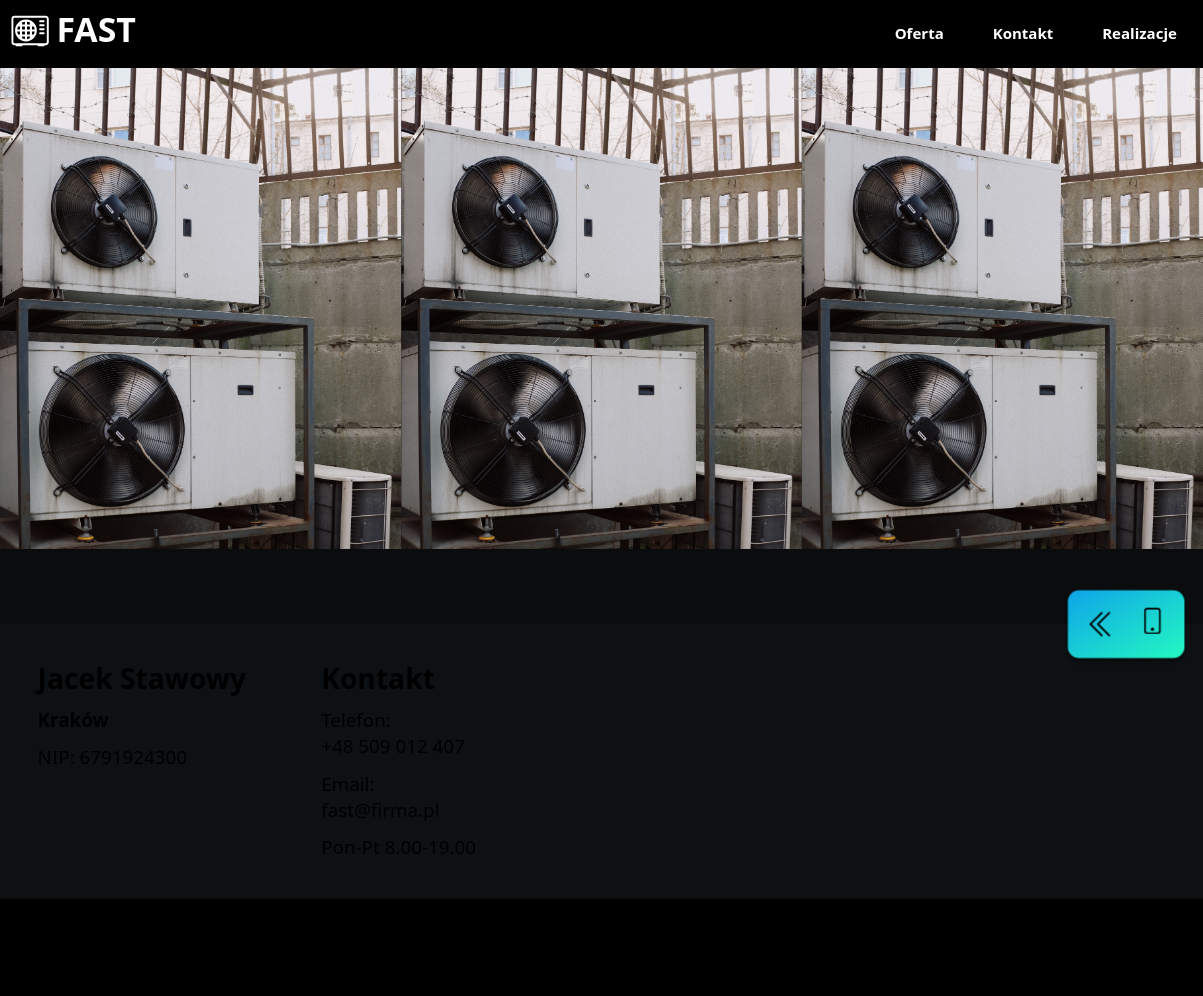
Repository: piotrokrutniak/Fast-CompanyWebsite
Page: /carousel
The author's editor kept a copy of each file at every save. The page is drawn from the files as they stood at one save, then again after the next save.
The browser window is 1280 px wide. The pictures show the whole page, at 94% of full size.
The project was rebuilt for these pictures with package versions that can differ from the ones it lists, and the page was loaded fresh each time. The framework's server and built-in components were replaced by stand-ins that run in the browser. Also part of the build but not shown: next.config.js.

Above is the page before, as saved 2023-10-21 10:08:49.

### src/app/layout.js
import FootBar from './components/footbar/footbar'
import Navbar from './components/navbar/navbar'
import QuickContact from './components/quickContact'
import './globals.css'
import { Inter } from 'next/font/google'

const inter = Inter({ subsets: ['latin'] })

export const metadata = {
  title: 'Fast - Klimatyzacje Kraków',
  description: 'F.U.H. Fast Jacek Stawowy - Klimatyzacje',
}

export default function RootLayout({ children }) {
  return (
    <html lang="en" className=''>
      <body className='bg-black min-w-mobile overflow-x-hidden'>
        <div className='bg-slate-500/10 min-h-screen relative'>
          <Navbar/>
          {children}
          <QuickContact/>
          <FootBar/>
        </div>
      </body>
    </html>
  )
}

### src/app/(pages)/carousel/page.js
import Image from "next/image"
import p1 from "../../../../public/img/air-conditioning-2.jpg"
import p2 from "../../../../public/img/heat-pump-2.jpg"
import p3 from "../../../../public/img/heating-2.jpg"
// import ac1 from "./media/img/air-conditioning-2.jpg"
// import ac2 from "./media/img/heat-pump-2.jpg"
// import ac3 from "./media/img/heating-2.jpg"

export default function CarouselPage(){
    return(
        <div className="relative w-full max-w-7xl h-128 flex">
            <div className="w-screen h-full relative">
                <Image src={p1} layout='fill' objectFit='cover'/>
            </div>
            <div className="w-screen h-full relative">
                <Image src={p1} layout='fill' objectFit='cover'/>
            </div>
            <div className="w-screen h-full relative">
                <Image src={p1} layout='fill' objectFit='cover'/>
            </div>
        </div>
    )
}

### src/app/components/footbar/footbar.js
import Link from "next/link";

export default function FootBar(){
    return(
        <footer className="bg-slate-500/5 mt-20">
            <div className="max-w-7xl w-full p-10 flex gap-8 sm:gap-20 m-auto">
                <div className="flex flex-col gap-3">
                    <h1 className="font-bold text-3xl">Jacek Stawowy</h1>
                    <h2 className="font-semibold text-xl">Kraków</h2>
                    <h2 className="font-thin text-xl">NIP: 6791924300</h2>
                </div>

                <div className="flex flex-col gap-3">
                    <h1 className="font-bold text-3xl">Kontakt</h1>
                    <h2 className="font-thin text-xl">Telefon:
                    <Link href={"tel:+48 509 012 407"} className="cursor-pointer hover:text-emerald-200">
                        <p className="whitespace-nowrap">
                            +48 509 012 407
                        </p>
                    </Link>
                    </h2>
                    <h2 className="font-thin text-xl">Email:
                    <Link href={"email:fast@firma.pl"} className="cursor-pointer hover:text-emerald-200">
                        <p className="whitespace-nowrap">
                            fast@firma.pl
                        </p>
                    </Link>
                    </h2>
                    <h2 className="font-thin text-xl">Pon-Pt 8.00-19.00</h2>
                </div>
            </div>
            <div className="bg-black flex p-10 ">
                <div className="xs:m-auto w-fit">
                    © Piotr Okrutniak 2022
                </div>
            </div>
        </footer>
    )
}

### src/app/components/navbar/navbar.js
"use client";
import { useState } from "react";
import ButtonBase from "../common/buttonBase";
import AcLogo from "../icons/ac";
import {BsList, BsXLg} from "react-icons/bs";
import Link from "next/link";

export default function Navbar(){
    const [mobileOpen, setMobileOpen] = useState(false)

    return(
        <nav className="sticky bg-black top-0 w-full py-3 px-5 sm:px-3  z-50">
            <div className="flex justify-between mx-auto max-w-7xl h-auto align-middle">
                <Link href="/">
                    <div className="text-white text-4xl font-bold hover:cursor-pointer flex gap-2 align-middle
                        hover:text-emerald-200 hover:fill-emerald-200 fill-white active:opacity-90 transition-all">
                        <AcLogo className="h-10 w-10 top-px relative"/>
                        FAST
                    </div>
                </Link>
                <div className="align-middle gap-5 text-black transition-all ease-in hidden sm:flex">
                    <Link href="/oferta">
                        <ButtonBase text="Oferta" color="bg-transparent" className="hover:bg-slate-400/25 text-white"  onClick={() => setMobileOpen(false)}/>
                    </Link>
                    <Link href="/kontakt">
                        <ButtonBase text="Kontakt" color="bg-transparent" className="hover:bg-slate-400/25 text-white"  onClick={() => setMobileOpen(false)}/>
                    </Link>
                    <Link href="/realizacje">
                        <ButtonBase text="Realizacje" color="bg-transparent" className="hover:bg-slate-400/25 text-white"  onClick={() => setMobileOpen(false)}/>
                    </Link>
                </div>
                <div className=" sm:hidden flex">
                    <BsList className="h-12 w-12 cursor-pointer hover:fill-emerald-200 active:opacity-90" onClick={() => setMobileOpen(true)}/>
                </div>
            </div>

            <div className={`${mobileOpen ? "" : "translate-x-full"} absolute w-screen h-screen bg-black left-0 top-0 sm:hidden transition-all`}>
                <div id="mobile-header" className="flex p-3 cursor-pointer" onClick={() => setMobileOpen(false)}>
                    <BsXLg className="w-14 h-14 p-2 hover:fill-emerald-200 active:opacity-70 absolute right-4"/>
                </div>
                <div id="mobile-list" className="flex flex-col w-full gap-8 justify-center text-xl px-5 py-32">
                    <Link href="/kontakt" onClick={() => setMobileOpen(false)}>
                        <ButtonBase text="Kontakt" className="w-full py-6 px-10 bg-gradient-to-br hover:from-sky-500 hover:to-emerald-200 self-center" color="bg-slate-500/25"/>
                    </Link>
                    <Link href="/oferta" onClick={() => setMobileOpen(false)}>
                        <ButtonBase text="Oferta" className="w-full py-6 px-10 bg-gradient-to-br hover:from-sky-500 hover:to-emerald-200 self-center" color="bg-slate-500/25"/>
                    </Link>
                    <Link href="/realizacje" onClick={() => setMobileOpen(false)}>
                        <ButtonBase text="Realizacje" className="w-full py-6 px-10 bg-gradient-to-br hover:from-sky-500 hover:to-emerald-200 self-center" color="bg-slate-500/25"/>
                    </Link>
                    <Link href="/" onClick={() => setMobileOpen(false)}>
                        <ButtonBase text="Strona Główna" className="w-full py-6 px-10 bg-gradient-to-br hover:from-sky-500 hover:to-emerald-200 self-center" color="bg-slate-500/25"/>
                    </Link>
                </div>
                <div className="p-10 justify-self-center w-full text-center bottom-0 absolute">
                    © Piotr Okrutniak 2022
                </div>
            </div>
        </nav>
    )
}

### src/app/components/quickContact.js
"use client";

import Link from "next/link";
import { useState } from "react"
import {BsChevronDoubleRight, BsPhone} from "react-icons/bs"

export default function QuickContact(){
    const [folded, setFolded] = useState(true)

    function Transition(){
        setFolded((old) => !old)
    }

    return(
        <div className="bg-gradient-to-br from-sky-500 to-emerald-200 rounded-xl w-fit sm:p-5 p-3 text-base
            font-normal shadow-md shadow-black/50 fixed right-5 bottom-5 flex items-center gap-4 transition-all ease-in-out whitespace-nowrap">
            <BsChevronDoubleRight className={`${folded ? "rotate-180" : "rotate-0"} transition-all ease-in h-8 w-8 cursor-pointer active:opacity-60 select-none`}
                onClick={() => Transition()}/>
            <div className="flex gap-2">
                <p className={`${folded ? "w-0" : "w-72 max-sm:w-44"} overflow-hidden transition-all ease-in flex max-sm:flex-col`}><p>Skontaktuj się z nami:</p> <Link href={"tel:+48 509 012 407"} className="cursor-pointer">+48 509 012 407</Link></p>
                <BsPhone className="h-7 w-7 animate-bounce self-center"/>
            </div>
        </div>
    )
}

### src/app/globals.css
@import 'tailwindcss/base';
@import 'tailwindcss/components';
@import 'tailwindcss/utilities';

:root {

}

@media (prefers-color-scheme: dark) {
  :root {
    --foreground-rgb: 255, 255, 255;
    scroll-behavior: smooth;
  }
}

body {
  color: rgb(var(--foreground-rgb));
  background: linear-gradient(
      to bottom,
      transparent,
      rgb(var(--background-end-rgb))
    )
    rgb(var(--background-start-rgb));
}

@layer base {
  html {
    scroll-behavior: smooth;
  }
}

### src/app/components/common/buttonBase.js
export default function ButtonBase({...props}){
    return(
        <button className={`${props.className} ${props.color ?? "bg-sky-500"} py-3 px-4 rounded-lg font-semibold active:opacity-80 flex items-center gap-2 whitespace-nowrap transition-all`}
            onClick={props.onClick}>
            {props.text} {props.icon ?? ""}
        </button>
    )
}

### src/app/components/icons/ac.js
export default function AcLogo({...props}){
    return(
        <svg
            xmlns="http://www.w3.org/2000/svg"
            xmlSpace="preserve"
            width={800}
            height={800}
            viewBox="0 0 507.802 507.802"
            {...props}
        >
            <path d="M465.7 47.901H42.3c-23.3 0-42.3 18.9-42.3 42.3v313.3c0 23.3 19 42.3 42.3 42.3h16.1c0 7.8 6.3 14.1 14.1 14.1H139c7.8 0 14.1-6.3 14.1-14.1h201.6c0 7.8 6.3 14.1 14.1 14.1h66.5c7.8 0 14.1-6.3 14.1-14.1h16.1c23.3 0 42.3-19 42.3-42.3v-313.3c.2-23.4-18.8-42.3-42.1-42.3zm0 369.7H42.3c-7.8 0-14.1-6.3-14.1-14.1v-313.3c0-7.8 6.3-14.1 14.1-14.1h423.3c7.8 0 14.1 6.3 14.1 14.1v313.3h.1c0 7.8-6.3 14.1-14.1 14.1z" />
            <path d="M435.6 107.801H391c-7.8 0-14.1 6.3-14.1 14.1s6.3 14.1 14.1 14.1h44.6c7.8 0 14.1-6.3 14.1-14.1s-6.3-14.1-14.1-14.1zM435.6 161.601H391c-7.8 0-14.1 6.3-14.1 14.1s6.3 14.1 14.1 14.1h44.6c7.8 0 14.1-6.3 14.1-14.1s-6.3-14.1-14.1-14.1zM435.6 215.301H391c-7.8 0-14.1 6.3-14.1 14.1s6.3 14.1 14.1 14.1h44.6c7.8 0 14.1-6.3 14.1-14.1s-6.3-14.1-14.1-14.1zM435.6 269.101H391c-7.8 0-14.1 6.3-14.1 14.1s6.3 14.1 14.1 14.1h44.6c7.8 0 14.1-6.3 14.1-14.1s-6.3-14.1-14.1-14.1zM198.3 99.701c-81.1 0-147.1 66-147.1 147.1s66 147.1 147.1 147.1 147.1-66 147.1-147.1-66-147.1-147.1-147.1zm-80.9 233.9c-2-1.9-3.9-3.8-5.8-5.8h5.8v5.8zm0-34H92c-5.9-11.9-10-24.9-11.6-38.6h37v38.6zm0-66.9h-37c1.6-13.7 5.6-26.7 11.6-38.6h25.4v38.6zm0-66.8h-5.8c1.9-2 3.8-3.9 5.8-5.8v5.8zm66.8 198.9c-13.7-1.6-26.7-5.7-38.6-11.6v-25.4h38.6v37zm0-65.2h-38.6v-38.6h38.6v38.6zm0-66.9h-38.6v-38.6h38.6v38.6zm0-66.8h-38.6v-25.4c11.9-5.9 24.9-10 38.6-11.6v37zm95.1-5.8c2 1.9 3.9 3.8 5.8 5.8h-5.8v-5.8zm0 34h25.4c5.9 11.9 10 24.9 11.6 38.6h-37v-38.6zm-28.2 159.1c-11.9 5.9-24.9 10-38.6 11.6v-37h38.6v25.4zm0-53.6h-38.6v-38.6h38.6v38.6zm0-66.9h-38.6v-38.6h38.6v38.6zm0-66.8h-38.6v-37c13.7 1.6 26.7 5.7 38.6 11.6v25.4zm28.2 167.7v-5.8h5.8c-1.9 2-3.8 4-5.8 5.8zm0-34v-38.6h37c-1.6 13.7-5.7 26.7-11.6 38.6h-25.4z" />
        </svg>
    )
}

### tailwind.config.js
/** @type {import('tailwindcss').Config} */
module.exports = {
  content: [
    './src/pages/**/*.{js,ts,jsx,tsx,mdx}',
    './src/components/**/*.{js,ts,jsx,tsx,mdx}',
    './src/app/**/*.{js,ts,jsx,tsx,mdx}',
  ],
  theme: {
    extend: {
      backgroundImage: {
        'gradient-radial': 'radial-gradient(var(--tw-gradient-stops))',
        'gradient-conic':
          'conic-gradient(from 180deg at 50% 50%, var(--tw-gradient-stops))',
      },
      height:{
        '112': '28rem',
        '128': '32rem',
      },
      width:{
        '112': '28rem',
        '128': '32rem',
      },
      colors:{
        "emerald":{
          "50": "#b0fde8",
          "100": "#60FBD2",
          "200": "#24F9C1",
          "400": "#06EFB1",
          "500": "#06d6a0",
        }
      },
      minWidth:{
        'mobile': '360px',
        '54': '258px',
      },
      screens:{
        'xs': '580px',
        '850': '850px',
      },
    },
  },
  plugins: [],
}

After the next save:
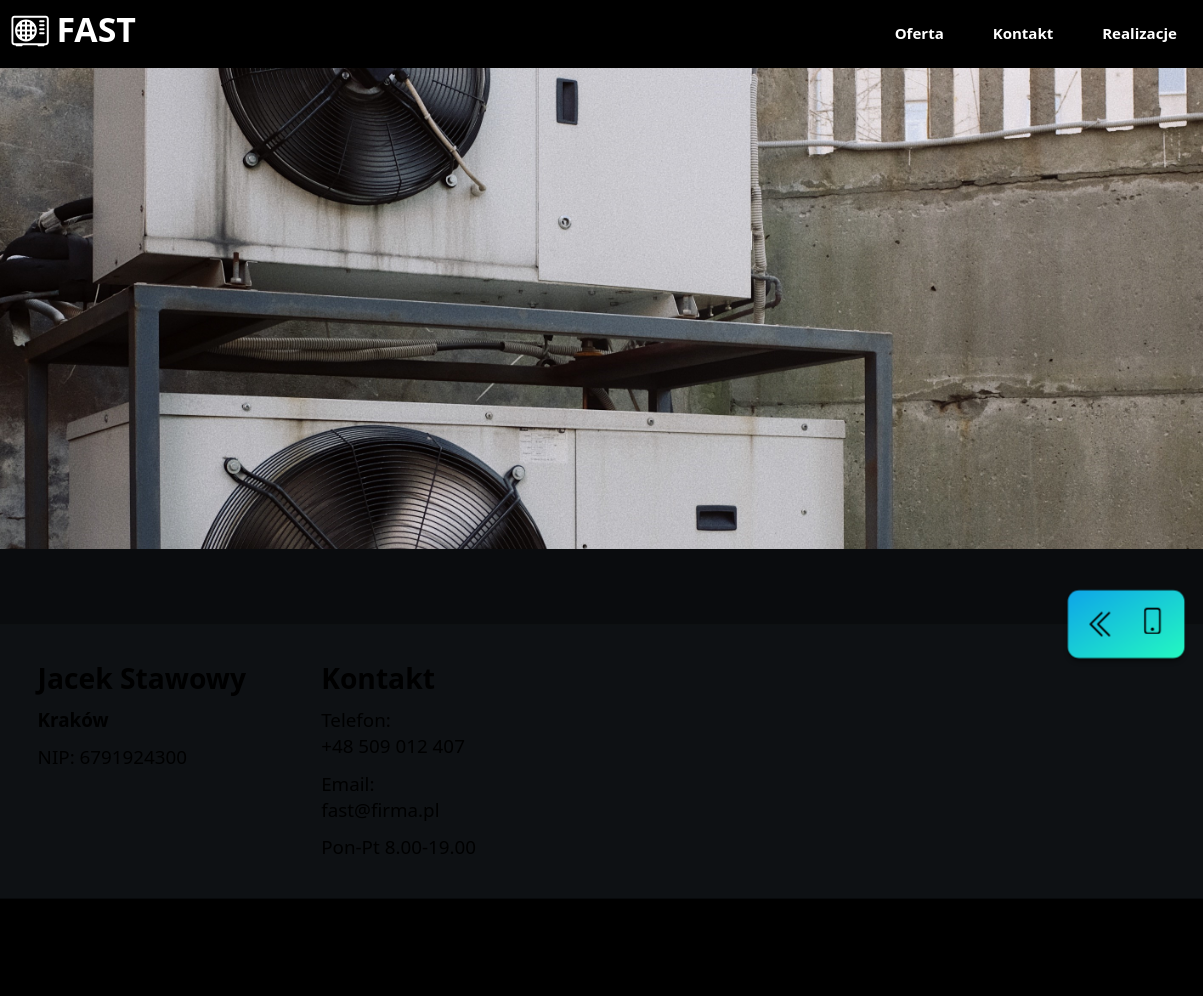
Saved 26 s later.
--- a/src/app/(pages)/carousel/page.js
+++ b/src/app/(pages)/carousel/page.js
@@ -9,13 +9,13 @@ import p3 from "../../../../public/img/heating-2.jpg"
 export default function CarouselPage(){
     return(
         <div className="relative w-full max-w-7xl h-128 flex">
-            <div className="w-screen h-full relative">
+            <div className="w-screen h-full absolute">
                 <Image src={p1} layout='fill' objectFit='cover'/>
             </div>
-            <div className="w-screen h-full relative">
+            <div className="w-screen h-full absolute">
                 <Image src={p1} layout='fill' objectFit='cover'/>
             </div>
-            <div className="w-screen h-full relative">
+            <div className="w-screen h-full absolute">
                 <Image src={p1} layout='fill' objectFit='cover'/>
             </div>
         </div>
